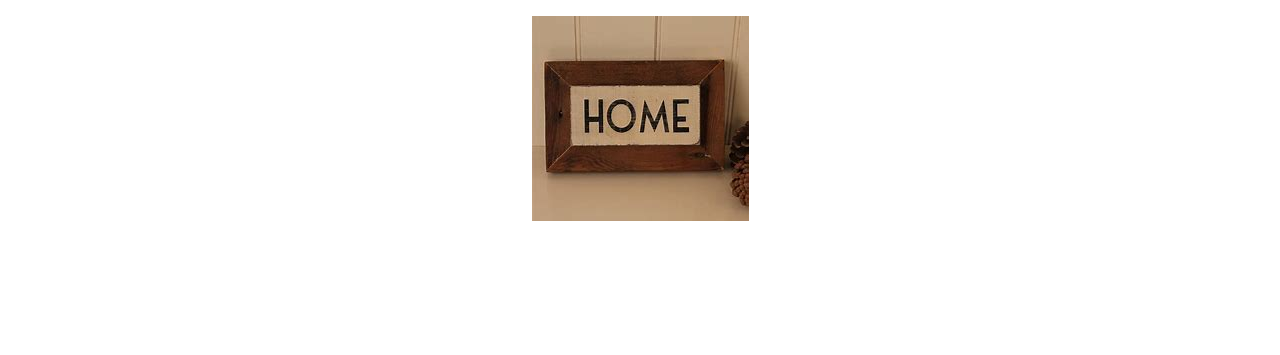
Repository: abhishek110597/Deloitte
Page: Workspace/JavaTraining/imgDemo.html
An editor plug-in stored every save of this project. The page is shown before and after the next save, followed by the edit.
The browser window is 1280 px wide. The pictures show the whole page.

Above is the page before, as saved 2019-12-28 04:25:41.

### Workspace/JavaTraining/imgDemo.html
<!DOCTYPE html>
<html>
<head>
<meta charset="ISO-8859-1">
<title>Image Demo</title>
</head>
<body>
<p align="center">
<img src="home.jpg" alt="Bad Internet" usemap="#mymap"/>
<map name="mymap">
<area shape="rect" coords="40,70,160,170" href="index.html" alt="Index">
</map>
</p>
</body>
</html>

After the next save:
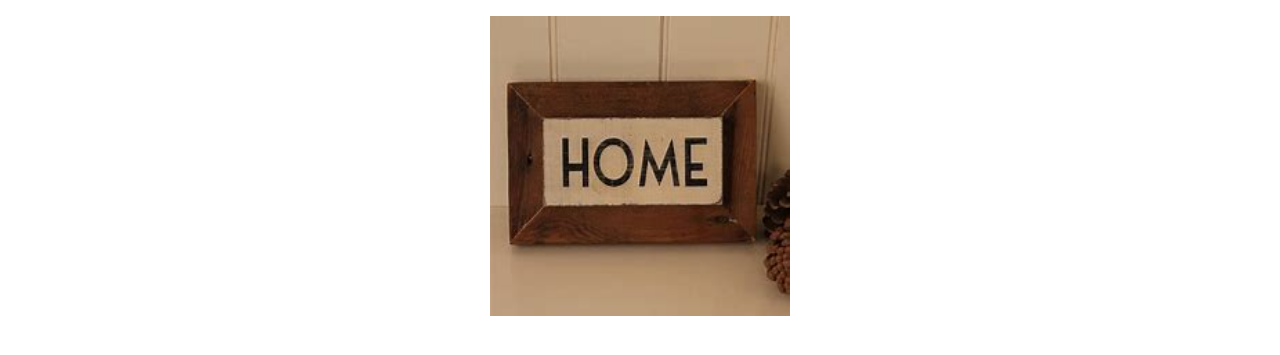
Saved 32 s later.
--- a/Workspace/JavaTraining/imgDemo.html
+++ b/Workspace/JavaTraining/imgDemo.html
@@ -6,7 +6,7 @@
 </head>
 <body>
 <p align="center">
-<img src="home.jpg" alt="Bad Internet" usemap="#mymap"/>
+<img src="home.jpg" height =300 width=300 alt="Bad Internet" usemap="#mymap"/>
 <map name="mymap">
 <area shape="rect" coords="40,70,160,170" href="index.html" alt="Index">
 </map>
